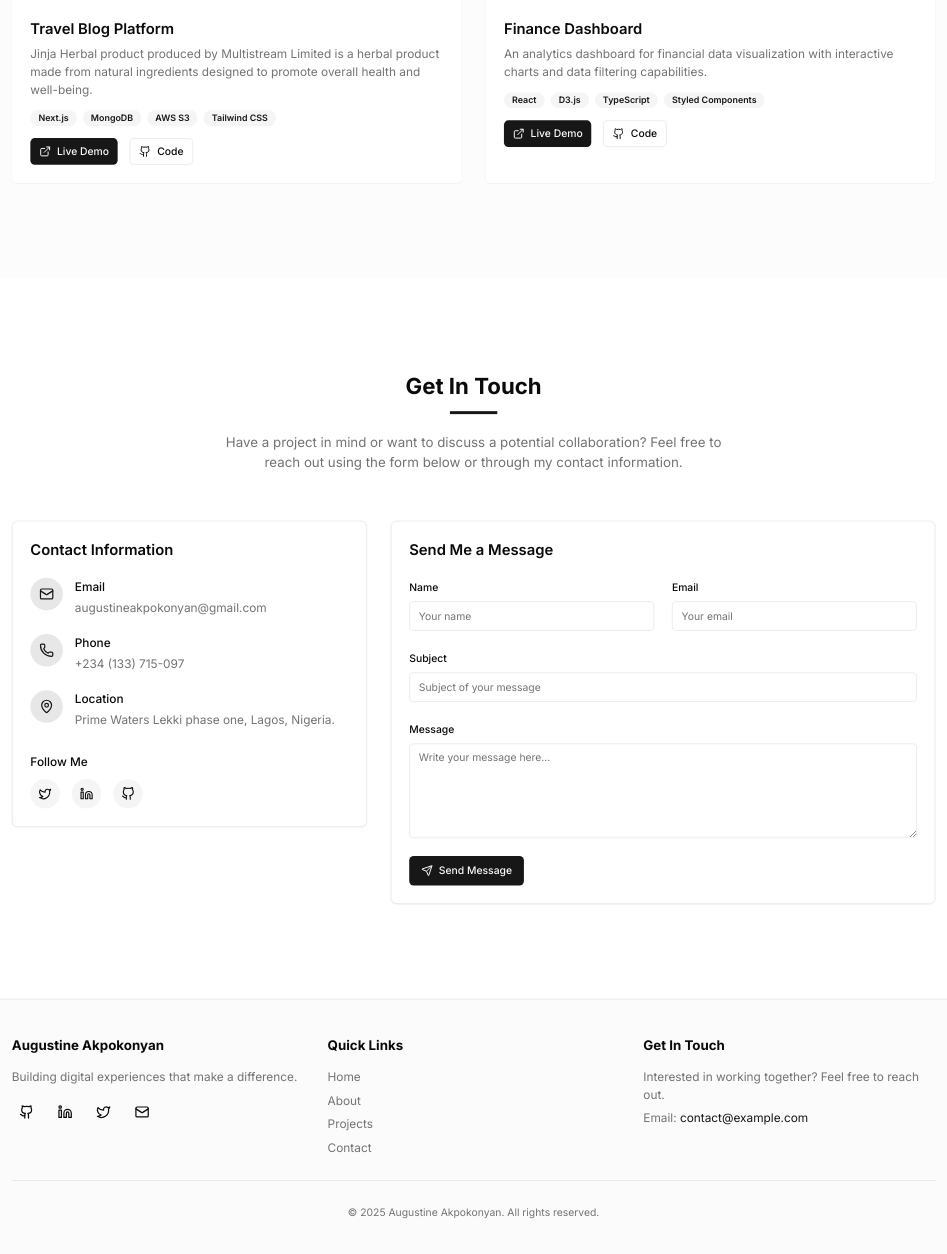
Repository: countaustin1990/AUSTIN-S-PORTFOLIO
Page: /
These files come from the project's save history. The page is drawn as it stood at one moment and after the next save; the edit follows.
The browser window is 1280 px wide. The pictures show the part of the page from y = 3879 to 5574 px (the page is 5574 px tall), at 74% of full size.
The project was rebuilt for these pictures with package versions that can differ from the ones it lists, and the page was loaded fresh each time. The framework's server and built-in components were replaced by stand-ins that run in the browser. Also part of the build but not shown: next.config.js, components/ui/scroll-area.tsx.

Above is the page before, as saved 2025-08-19 13:26:45.

### app/layout.tsx
import './globals.css';
import type { Metadata } from 'next';
import { Inter } from 'next/font/google';
import { ThemeProvider } from '@/components/ThemeProvider';
import { Toaster } from "sonner";
import Chatbot from '@/components/Chatbot';

const inter = Inter({ subsets: ['latin'] });

export const metadata: Metadata = {
  title: 'Augustine Akpokonyan | Web Developer & Digital Creator',
  description: 'Portfolio website showcasing the work and skills of Augustine Akpokonyan - a skilled web developer specializing in creating exceptional digital experiences.',
};

export default function RootLayout({
  children,
}: {
  children: React.ReactNode;
}) {
  return (
    <html lang="en" suppressHydrationWarning>
      <body className={inter.className}>
        <ThemeProvider
          attribute="class"
          defaultTheme="system"
          enableSystem
          disableTransitionOnChange
        >
          {children}
          <Chatbot />
          <Toaster position="bottom-right" />
        </ThemeProvider>
      </body>
    </html>
  );
}

### app/page.tsx
import Navbar from "@/components/layout/Navbar";
import Footer from "@/components/layout/Footer";
import Hero from "@/components/sections/Hero";
import About from "@/components/sections/About";
import Skills from "@/components/sections/Skills";
import Projects from "@/components/sections/Projects";
import Contact from "@/components/sections/Contact";

export default function Home() {
  return (
    <main className="min-h-screen flex flex-col">
      <Navbar />
      <Hero />
      <About />
      <Skills />
      <Projects />
      <Contact />
      <Footer />
    </main>
  );
}

### components/sections/About.tsx
"use client";

import { motion } from "framer-motion";
import { useInView } from "react-intersection-observer";
import Image from "next/image";
import { Button } from "@/components/ui/button";
import { Download } from "lucide-react";

export default function About() {
  const [ref, inView] = useInView({
    triggerOnce: true,
    threshold: 0.1,
  });

  const containerVariants = {
    hidden: { opacity: 0 },
    visible: {
      opacity: 1,
      transition: {
        staggerChildren: 0.2,
      },
    },
  };

  const itemVariants = {
    hidden: { opacity: 0, y: 20 },
    visible: {
      opacity: 1,
      y: 0,
      transition: { duration: 0.6 },
    },
  };

  return (
    <section id="about" className="py-20 md:py-32 bg-muted/30">
      <div className="container mx-auto px-4">
        <motion.div
          ref={ref}
          variants={containerVariants}
          initial="hidden"
          animate={inView ? "visible" : "hidden"}
          className="grid grid-cols-1 md:grid-cols-2 gap-12 items-center"
        >
          <motion.div variants={itemVariants} className="relative">
            <div className="aspect-ratio-square relative rounded-lg overflow-hidden">
              <Image
                src="/images/augustine.jpg"
                alt="Augustine Portrait"
                width={600}
                height={600}
                className="object-cover rounded-lg"
              />
            </div>
            <div className="absolute -bottom-6 -right-6 bg-primary/10 rounded-lg w-64 h-64 -z-10"></div>
          </motion.div>

          <div>
            <motion.div variants={itemVariants}>
              <h2 className="text-3xl font-bold mb-2">About Me</h2>
              <div className="w-16 h-1 bg-primary mb-6"></div>
            </motion.div>

            <motion.p variants={itemVariants} className="text-lg mb-4">
              I am Augustine Akpokonyan, a passionate web developer and digital creator with over 5 years of experience crafting exceptional digital experiences.
            </motion.p>

            <motion.p variants={itemVariants} className="text-lg mb-4">
              My journey in tech began with a curiosity about how websites work, which led me to pursue a degree in Computer Science. Since then, I have worked with various technologies and frameworks to build solutions that not only look great but also solve real problems.
            </motion.p>

            <motion.p variants={itemVariants} className="text-lg mb-6">
              When I am not coding, you can find me exploring new technologies, contributing to open-source projects, or mentoring aspiring developers. I believe in continuous learning and pushing the boundaries of what is possible on the web.
            </motion.p>

            <motion.div variants={itemVariants}>
              <Button asChild>
                <a href="#" download>
                  <Download className="mr-2 h-4 w-4" /> Download Resume
                </a>
              </Button>
            </motion.div>
          </div>
        </motion.div>
      </div>
    </section>
  );
}

### components/sections/Skills.tsx
"use client";

import { motion } from "framer-motion";
import { useInView } from "react-intersection-observer";
import { Card, CardContent } from "@/components/ui/card";
import {
  Code,
  PenTool,
  Database,
  Layers,
  Settings,
  Workflow
} from "lucide-react";

const skills = [
  {
    category: "Frontend Development",
    icon: <Code />,
    items: ["React.js", "Next.js", "TypeScript", "HTML/CSS", "Tailwind CSS", "Redux"],
  },
  {
    category: "UI/UX Design",
    icon: <PenTool />,
    items: ["Figma", "Adobe XD", "User Research", "Wireframing", "Prototyping"],
  },
  {
    category: "Backend Development",
    icon: <Database />,
    items: ["Node.js", "Express", "MongoDB", "PostgreSQL", "RESTful APIs", "GraphQL"],
  },
  {
    category: "DevOps & Tools",
    icon: <Settings />,
    items: ["Git", "Docker", "CI/CD", "AWS", "Vercel", "Netlify"],
  },
  {
    category: "Project Management",
    icon: <Workflow />,
    items: ["Agile", "Scrum", "Jira", "Trello", "Client Communication"],
  },
  {
    category: "Other Skills",
    icon: <Layers />,
    items: ["Responsive Design", "Progressive Web Apps", "SEO Optimization", "Accessibility"],
  },
];

export default function Skills() {
  const [ref, inView] = useInView({
    triggerOnce: true,
    threshold: 0.1,
  });

  const containerVariants = {
    hidden: { opacity: 0 },
    visible: {
      opacity: 1,
      transition: {
        staggerChildren: 0.1,
      },
    },
  };

  const itemVariants = {
    hidden: { opacity: 0, y: 20 },
    visible: {
      opacity: 1,
      y: 0,
      transition: { duration: 0.5 },
    },
  };

  return (
    <section id="skills" className="py-20 md:py-32">
      <div className="container mx-auto px-4">
        <div className="text-center mb-16">
          <h2 className="text-3xl font-bold mb-4">My Skills & Expertise</h2>
          <div className="w-16 h-1 bg-primary mx-auto mb-6"></div>
          <p className="text-lg text-muted-foreground max-w-2xl mx-auto">
            Here's a comprehensive overview of my technical skills and areas of expertise that I've developed over years of professional experience.
          </p>
        </div>

        <motion.div
          ref={ref}
          variants={containerVariants}
          initial="hidden"
          animate={inView ? "visible" : "hidden"}
          className="grid grid-cols-1 md:grid-cols-2 lg:grid-cols-3 gap-6"
        >
          {skills.map((skill, index) => (
            <motion.div key={index} variants={itemVariants}>
              <Card className="h-full transition-all duration-300 hover:shadow-md hover:border-primary/50">
                <CardContent className="p-6">
                  <div className="flex items-center mb-4">
                    <div className="mr-4 bg-primary/10 p-3 rounded-full text-primary">
                      {skill.icon}
                    </div>
                    <h3 className="text-xl font-semibold">{skill.category}</h3>
                  </div>
                  <div className="flex flex-wrap gap-2">
                    {skill.items.map((item, i) => (
                      <span
                        key={i}
                        className="bg-secondary text-secondary-foreground text-sm rounded-full px-3 py-1"
                      >
                        {item}
                      </span>
                    ))}
                  </div>
                </CardContent>
              </Card>
            </motion.div>
          ))}
        </motion.div>
      </div>
    </section>
  );
}

### components/sections/Projects.tsx
"use client";

import { motion } from "framer-motion";
import { useInView } from "react-intersection-observer";
import Image from "next/image";
import { Card, CardContent } from "@/components/ui/card";
import { Button } from "@/components/ui/button";
import { ExternalLink, Github } from "lucide-react";
import { Badge } from "@/components/ui/badge";

const projects = [
  {
    title: "The Spine Clinic",
    description: "An Orthopedic and Spine Care",
    image: "https://images.pexels.com/photos/230544/pexels-photo-230544.jpeg?auto=compress&cs=tinysrgb&w=1260&h=750&dpr=1",
    tags: ["Vite.js", "React", "Tailwind CSS", "Firebase"],
    liveUrl: "https://tsc-1990.vercel.app/",
    githubUrl: "https://github.com/countaustin1990/tsc-1990.git",
  },
  {
    title: "AL'apparel",
    description: "A productivity application for managing tasks, deadlines, and team collaboration with real-time updates.",
    image: "https://images.pexels.com/photos/6956903/pexels-photo-6956903.jpeg?auto=compress&cs=tinysrgb&w=1260&h=750&dpr=1",
    tags: ["React", "Context", "Tailwind Css"],
    liveUrl: "https://three-js-balls.vercel.app/Home",
    githubUrl: "#",
  },
  {
    title: "Travel Blog Platform",
    description: "Jinja Herbal product produced by Multistream Limited is a herbal product made from natural ingredients designed to promote overall health and well-being.",
    image: "https://images.pexels.com/photos/1051075/pexels-photo-1051075.jpeg?auto=compress&cs=tinysrgb&w=1260&h=750&dpr=1",
    tags: ["Next.js", "MongoDB", "AWS S3", "Tailwind CSS"],
    liveUrl: "https://jinija-with-dominic-sigma.vercel.app/",
    githubUrl: "https://github.com/countaustin1990/Jinija-With-Dominic.git",
  },
  {
    title: "Finance Dashboard",
    description: "An analytics dashboard for financial data visualization with interactive charts and data filtering capabilities.",
    image: "https://images.pexels.com/photos/7567460/pexels-photo-7567460.jpeg?auto=compress&cs=tinysrgb&w=1260&h=750&dpr=1",
    tags: ["React", "D3.js", "TypeScript", "Styled Components"],
    liveUrl: "#",
    githubUrl: "#",
  },
];

export default function Projects() {
  const [ref, inView] = useInView({
    triggerOnce: true,
    threshold: 0.1,
  });

  const containerVariants = {
    hidden: { opacity: 0 },
    visible: {
      opacity: 1,
      transition: {
        staggerChildren: 0.2,
      },
    },
  };

  const itemVariants = {
    hidden: { opacity: 0, y: 30 },
    visible: {
      opacity: 1,
      y: 0,
      transition: { duration: 0.6 },
    },
  };

  return (
    <section id="projects" className="py-20 md:py-32 bg-muted/30">
      <div className="container mx-auto px-4">
        <div className="text-center mb-16">
          <h2 className="text-3xl font-bold mb-4">Featured Projects</h2>
          <div className="w-16 h-1 bg-primary mx-auto mb-6"></div>
          <p className="text-lg text-muted-foreground max-w-2xl mx-auto">
            Explore some of my recent work that demonstrates my capabilities and approach to solving complex problems.
          </p>
        </div>

        <motion.div
          ref={ref}
          variants={containerVariants}
          initial="hidden"
          animate={inView ? "visible" : "hidden"}
          className="grid grid-cols-1 md:grid-cols-2 gap-8"
        >
          {projects.map((project, index) => (
            <motion.div key={index} variants={itemVariants}>
              <Card className="overflow-hidden h-full border-transparent transition-all duration-300 hover:border-primary/50 hover:shadow-md">
                <div className="relative aspect-video overflow-hidden">
                  <Image
                    src={project.image}
                    alt={project.title}
                    fill
                    className="object-cover transition-transform duration-500 hover:scale-105"
                  />
                </div>
                <CardContent className="p-6">
                  <h3 className="text-xl font-semibold mb-2">{project.title}</h3>
                  <p className="text-muted-foreground mb-4">{project.description}</p>
                  <div className="flex flex-wrap gap-2 mb-4">
                    {project.tags.map((tag, i) => (
                      <Badge key={i} variant="secondary">{tag}</Badge>
                    ))}
                  </div>
                  <div className="flex gap-4 mt-4">
                    <Button variant="default" size="sm" asChild>
                      <a href={project.liveUrl} target="_blank" rel="noreferrer">
                        <ExternalLink className="mr-2 h-4 w-4" /> Live Demo
                      </a>
                    </Button>
                    <Button variant="outline" size="sm" asChild>
                      <a href={project.githubUrl} target="_blank" rel="noreferrer">
                        <Github className="mr-2 h-4 w-4" /> Code
                      </a>
                    </Button>
                  </div>
                </CardContent>
              </Card>
            </motion.div>
          ))}
        </motion.div>
      </div>
    </section>
  );
}

### components/ui/button.tsx
import * as React from 'react';
import { Slot } from '@radix-ui/react-slot';
import { cva, type VariantProps } from 'class-variance-authority';

import { cn } from '@/lib/utils';

const buttonVariants = cva(
  'inline-flex items-center justify-center whitespace-nowrap rounded-md text-sm font-medium ring-offset-background transition-colors focus-visible:outline-none focus-visible:ring-2 focus-visible:ring-ring focus-visible:ring-offset-2 disabled:pointer-events-none disabled:opacity-50',
  {
    variants: {
      variant: {
        default: 'bg-primary text-primary-foreground hover:bg-primary/90',
        destructive:
          'bg-destructive text-destructive-foreground hover:bg-destructive/90',
        outline:
          'border border-input bg-background hover:bg-accent hover:text-accent-foreground',
        secondary:
          'bg-secondary text-secondary-foreground hover:bg-secondary/80',
        ghost: 'hover:bg-accent hover:text-accent-foreground',
        link: 'text-primary underline-offset-4 hover:underline',
      },
      size: {
        default: 'h-10 px-4 py-2',
        sm: 'h-9 rounded-md px-3',
        lg: 'h-11 rounded-md px-8',
        icon: 'h-10 w-10',
      },
    },
    defaultVariants: {
      variant: 'default',
      size: 'default',
    },
  }
);

export interface ButtonProps
  extends React.ButtonHTMLAttributes<HTMLButtonElement>,
    VariantProps<typeof buttonVariants> {
  asChild?: boolean;
}

const Button = React.forwardRef<HTMLButtonElement, ButtonProps>(
  ({ className, variant, size, asChild = false, ...props }, ref) => {
    const Comp = asChild ? Slot : 'button';
    return (
      <Comp
        className={cn(buttonVariants({ variant, size, className }))}
        ref={ref}
        {...props}
      />
    );
  }
);
Button.displayName = 'Button';

export { Button, buttonVariants };

### components/ui/card.tsx
import * as React from 'react';

import { cn } from '@/lib/utils';

const Card = React.forwardRef<
  HTMLDivElement,
  React.HTMLAttributes<HTMLDivElement>
>(({ className, ...props }, ref) => (
  <div
    ref={ref}
    className={cn(
      'rounded-lg border bg-card text-card-foreground shadow-sm',
      className
    )}
    {...props}
  />
));
Card.displayName = 'Card';

const CardHeader = React.forwardRef<
  HTMLDivElement,
  React.HTMLAttributes<HTMLDivElement>
>(({ className, ...props }, ref) => (
  <div
    ref={ref}
    className={cn('flex flex-col space-y-1.5 p-6', className)}
    {...props}
  />
));
CardHeader.displayName = 'CardHeader';

const CardTitle = React.forwardRef<
  HTMLParagraphElement,
  React.HTMLAttributes<HTMLHeadingElement>
>(({ className, ...props }, ref) => (
  <h3
    ref={ref}
    className={cn(
      'text-2xl font-semibold leading-none tracking-tight',
      className
    )}
    {...props}
  />
));
CardTitle.displayName = 'CardTitle';

const CardDescription = React.forwardRef<
  HTMLParagraphElement,
  React.HTMLAttributes<HTMLParagraphElement>
>(({ className, ...props }, ref) => (
  <p
    ref={ref}
    className={cn('text-sm text-muted-foreground', className)}
    {...props}
  />
));
CardDescription.displayName = 'CardDescription';

const CardContent = React.forwardRef<
  HTMLDivElement,
  React.HTMLAttributes<HTMLDivElement>
>(({ className, ...props }, ref) => (
  <div ref={ref} className={cn('p-6 pt-0', className)} {...props} />
));
CardContent.displayName = 'CardContent';

const CardFooter = React.forwardRef<
  HTMLDivElement,
  React.HTMLAttributes<HTMLDivElement>
>(({ className, ...props }, ref) => (
  <div
    ref={ref}
    className={cn('flex items-center p-6 pt-0', className)}
    {...props}
  />
));
CardFooter.displayName = 'CardFooter';

export {
  Card,
  CardHeader,
  CardFooter,
  CardTitle,
  CardDescription,
  CardContent,
};

### components/ui/input.tsx
import * as React from 'react';

import { cn } from '@/lib/utils';

export interface InputProps
  extends React.InputHTMLAttributes<HTMLInputElement> {}

const Input = React.forwardRef<HTMLInputElement, InputProps>(
  ({ className, type, ...props }, ref) => {
    return (
      <input
        type={type}
        className={cn(
          'flex h-10 w-full rounded-md border border-input bg-background px-3 py-2 text-sm ring-offset-background file:border-0 file:bg-transparent file:text-sm file:font-medium file:text-foreground placeholder:text-muted-foreground focus-visible:outline-none focus-visible:ring-2 focus-visible:ring-ring focus-visible:ring-offset-2 disabled:cursor-not-allowed disabled:opacity-50',
          className
        )}
        ref={ref}
        {...props}
      />
    );
  }
);
Input.displayName = 'Input';

export { Input };

### components/ui/badge.tsx
import * as React from "react"
import { cva, type VariantProps } from "class-variance-authority"

import { cn } from "@/lib/utils"

const badgeVariants = cva(
  "inline-flex items-center rounded-full border px-2.5 py-0.5 text-xs font-semibold transition-colors focus:outline-none focus:ring-2 focus:ring-ring focus:ring-offset-2",
  {
    variants: {
      variant: {
        default:
          "border-transparent bg-primary text-primary-foreground hover:bg-primary/80",
        secondary:
          "border-transparent bg-secondary text-secondary-foreground hover:bg-secondary/80",
        destructive:
          "border-transparent bg-destructive text-destructive-foreground hover:bg-destructive/80",
        outline: "text-foreground",
      },
    },
    defaultVariants: {
      variant: "default",
    },
  }
)

export interface BadgeProps
  extends React.HTMLAttributes<HTMLDivElement>,
    VariantProps<typeof badgeVariants> {}

function Badge({ className, variant, ...props }: BadgeProps) {
  return (
    <div className={cn(badgeVariants({ variant }), className)} {...props} />
  )
}

export { Badge, badgeVariants }

### components/ui/textarea.tsx
import * as React from "react"

import { cn } from "@/lib/utils"

export interface TextareaProps
  extends React.TextareaHTMLAttributes<HTMLTextAreaElement> {}

const Textarea = React.forwardRef<HTMLTextAreaElement, TextareaProps>(
  ({ className, ...props }, ref) => {
    return (
      <textarea
        className={cn(
          "flex min-h-[80px] w-full rounded-md border border-input bg-background px-3 py-2 text-sm ring-offset-background placeholder:text-muted-foreground focus-visible:outline-none focus-visible:ring-2 focus-visible:ring-ring focus-visible:ring-offset-2 disabled:cursor-not-allowed disabled:opacity-50",
          className
        )}
        ref={ref}
        {...props}
      />
    )
  }
)
Textarea.displayName = "Textarea"

export { Textarea }

### components/ui/label.tsx
'use client';

import * as React from 'react';
import * as LabelPrimitive from '@radix-ui/react-label';
import { cva, type VariantProps } from 'class-variance-authority';

import { cn } from '@/lib/utils';

const labelVariants = cva(
  'text-sm font-medium leading-none peer-disabled:cursor-not-allowed peer-disabled:opacity-70'
);

const Label = React.forwardRef<
  React.ElementRef<typeof LabelPrimitive.Root>,
  React.ComponentPropsWithoutRef<typeof LabelPrimitive.Root> &
    VariantProps<typeof labelVariants>
>(({ className, ...props }, ref) => (
  <LabelPrimitive.Root
    ref={ref}
    className={cn(labelVariants(), className)}
    {...props}
  />
));
Label.displayName = LabelPrimitive.Root.displayName;

export { Label };

Loaded but not shown: app/globals.css (common file); components/ThemeProvider.tsx (common file); lib/utils.ts (common file); tailwind.config.ts (common file); components/sections/Contact.tsx (305 lines, source omitted); components/sections/Hero.tsx (182 lines, source omitted); components/Chatbot.tsx (160 lines, source omitted); components/layout/Navbar.tsx (140 lines, source omitted); components/ui/form.tsx (179 lines, source omitted); components/layout/Footer.tsx (117 lines, source omitted)

After the next save:
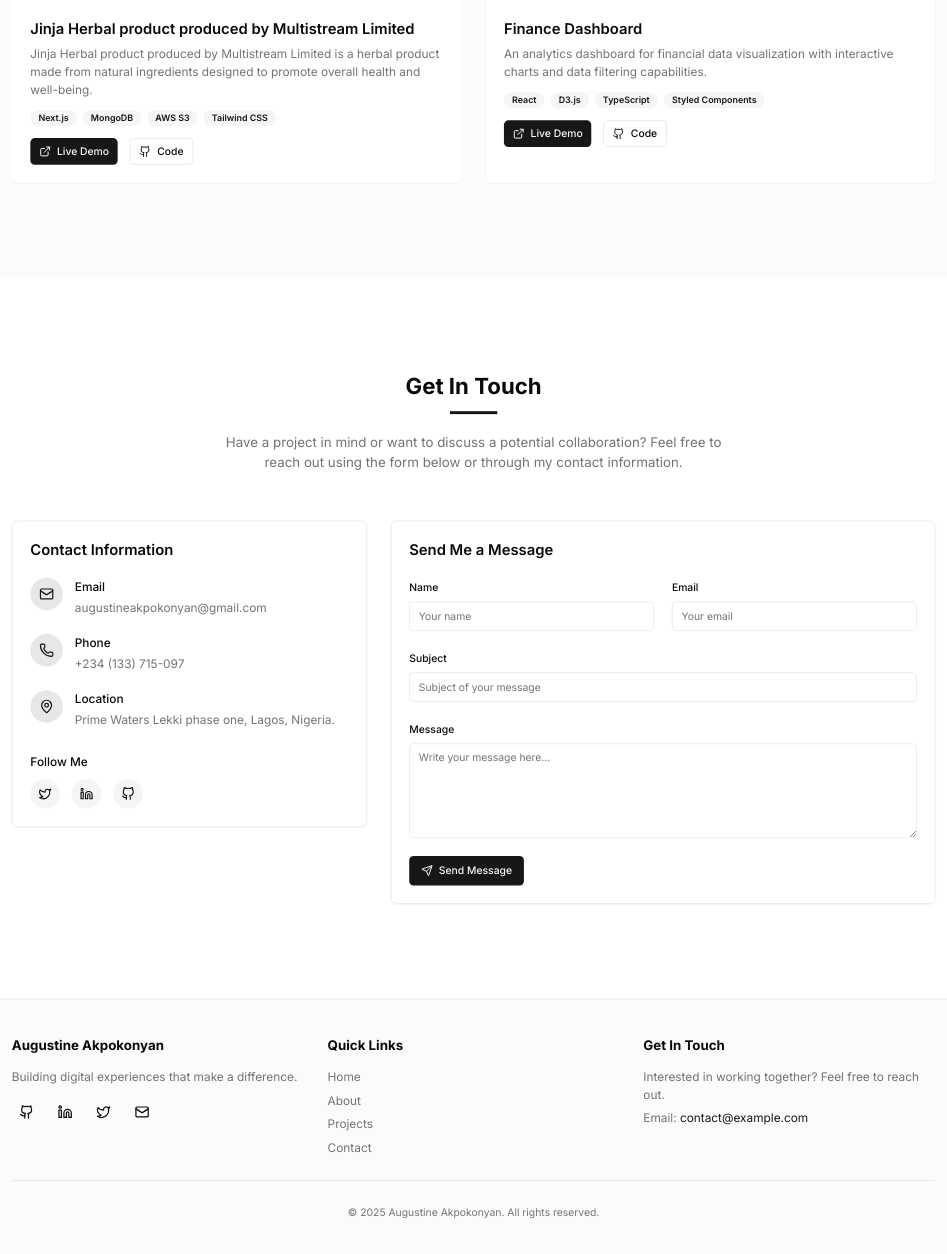
Saved 40 s later.
--- a/components/sections/Projects.tsx
+++ b/components/sections/Projects.tsx
@@ -26,7 +26,7 @@ const projects = [
     githubUrl: "#",
   },
   {
-    title: "Travel Blog Platform",
+    title: "Jinja Herbal product produced by Multistream Limited",
     description: "Jinja Herbal product produced by Multistream Limited is a herbal product made from natural ingredients designed to promote overall health and well-being.",
     image: "https://images.pexels.com/photos/1051075/pexels-photo-1051075.jpeg?auto=compress&cs=tinysrgb&w=1260&h=750&dpr=1",
     tags: ["Next.js", "MongoDB", "AWS S3", "Tailwind CSS"],
